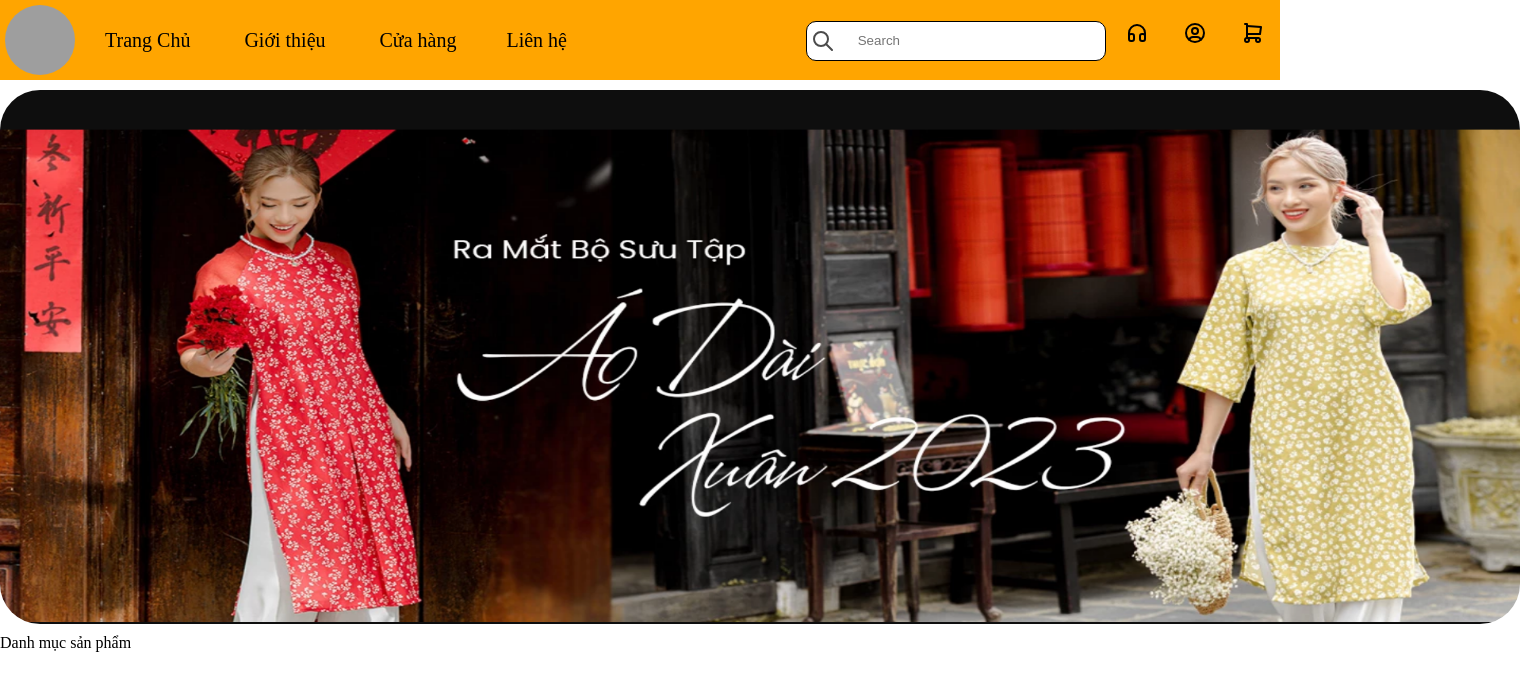
Repository: manhhieu120499/test-page
Page: index.html
An editor plug-in stored every save of this project. The page is shown before and after a run of saves, followed by the edit.
The browser window is 1280 px wide. The page is 1520 px wide, so the pictures cover 1520 px, including what lies to the right of the window. The pictures show the whole page.
Pictures or frames that could not be fetched are drawn as grey boxes.

Above is the page before, as saved 2023-01-11 23:45:18.

### index.html
<!DOCTYPE html>
<html lang="en">

<head>
    <meta charset="UTF-8">
    <meta http-equiv="X-UA-Compatible" content="IE=edge">
    <meta name="viewport" content="width=device-width, initial-scale=1.0">
    <title>Document</title>
    <link rel="stylesheet" href="./style.css">
</head>

<body>
    <div id="header">
        <div class="left-sidebar">
            <img src="https://t3.ftcdn.net/jpg/03/02/36/70/360_F_302367092_vmqO9rSPmluZJFuOFFNzjGwimbChoIAZ.jpg"
                alt="logo-shop">
            <ul class="sub-menu">
                <li><a href="#">Trang Chủ</a></li>
                <li><a href="#">Giới thiệu</a></li>
                <li><a href="#">Cửa hàng</a< /li>
                <li><a href="#">Liên hệ</a></li>
            </ul>

        </div>

        <div class="right-sidebar">
            <input type="text" placeholder="           Search" />
            <a href="#" class="search">
                <svg xmlns="http://www.w3.org/2000/svg" class="icon icon-tabler icon-tabler-search" width="24" height="24" viewBox="0 0 24 24" stroke-width="2" stroke="currentColor" fill="none" stroke-linecap="round" stroke-linejoin="round">
                    <path stroke="none" d="M0 0h24v24H0z" fill="none"></path>
                    <circle cx="10" cy="10" r="7"></circle>
                    <line x1="21" y1="21" x2="15" y2="15"></line>
                 </svg>
            </a>
            <a href="#" class="telesale">
                <svg xmlns="http://www.w3.org/2000/svg" class="icon icon-tabler icon-tabler-headphones" width="24"
                    height="24" viewBox="0 0 24 24" stroke-width="2" stroke="currentColor" fill="none"
                    stroke-linecap="round" stroke-linejoin="round">
                    <path stroke="none" d="M0 0h24v24H0z" fill="none"></path>
                    <rect x="4" y="13" rx="2" width="5" height="7"></rect>
                    <rect x="15" y="13" rx="2" width="5" height="7"></rect>
                    <path d="M4 15v-3a8 8 0 0 1 16 0v3"></path>
                </svg>
            </a>
            <a href="#" class="person">
                <svg xmlns="http://www.w3.org/2000/svg" class="icon icon-tabler icon-tabler-user-circle" width="24"
                    height="24" viewBox="0 0 24 24" stroke-width="2" stroke="currentColor" fill="none"
                    stroke-linecap="round" stroke-linejoin="round">
                    <path stroke="none" d="M0 0h24v24H0z" fill="none"></path>
                    <circle cx="12" cy="12" r="9"></circle>
                    <circle cx="12" cy="10" r="3"></circle>
                    <path d="M6.168 18.849a4 4 0 0 1 3.832 -2.849h4a4 4 0 0 1 3.834 2.855"></path>
                </svg>
            </a>
            <a href="#" class="shopping-cart">
                <svg xmlns="http://www.w3.org/2000/svg" class="icon icon-tabler icon-tabler-shopping-cart" width="24"
                    height="24" viewBox="0 0 24 24" stroke-width="2" stroke="currentColor" fill="none"
                    stroke-linecap="round" stroke-linejoin="round">
                    <path stroke="none" d="M0 0h24v24H0z" fill="none"></path>
                    <circle cx="6" cy="19" r="2"></circle>
                    <circle cx="17" cy="19" r="2"></circle>
                    <path d="M17 17h-11v-14h-2"></path>
                    <path d="M6 5l14 1l-1 7h-13"></path>
                </svg>
            </a>
        </div>
    </div>

    <div class="body">
        <div class="shop-picture">
            <img src="./logo-tet.png" alt="picture">
        </div>
        <span>Danh mục sản phẩm</span>
    </div>

    <div id="footer">

    </div>
</body>

</html>

### style.css
* {
    margin: 0;
    padding: 0;
    box-sizing: border-box;
}

#header {
    width: 100vw;
    height: 80px;
    background-color: orange;
    display: flex;
    justify-content: space-between;
}

.left-sidebar {
    display: flex;
}

.left-sidebar img {
    width: 70px;
    height: 70px;
    border-radius: 50%;
    margin: 5px;
}

.sub-menu li {
   list-style: none;
   display: inline-block;
   line-height: 80px;
   padding: 0px 25px;
}

.sub-menu li a {
    text-decoration: none;
    color: black;
    font-size: 20px;
}

.right-sidebar a {
    display: inline-block;
    line-height: 80px;
    padding: 0 15px;
    color: black;
}

input {
    padding: 10px 10px;
    width: 300px;
    height: 40px;
    border: 1px solid black;
    border-radius: 10px;
    position: relative;
}

.search {
    position: absolute;
    right: 430px;
    top: 8px;
    opacity: 0.7;
}

body {
    height: 100vh;
}

.shop-picture img {
    display: block;
    height: 534px;
    width: 1520px;
    margin: 10px auto;
    border-radius: 40px;
}

span {
    text-align: center;
    width: 253px;
    height: 57px;
    border-radius: 10px;
    background-color: ;
}

After the next 2 saves:
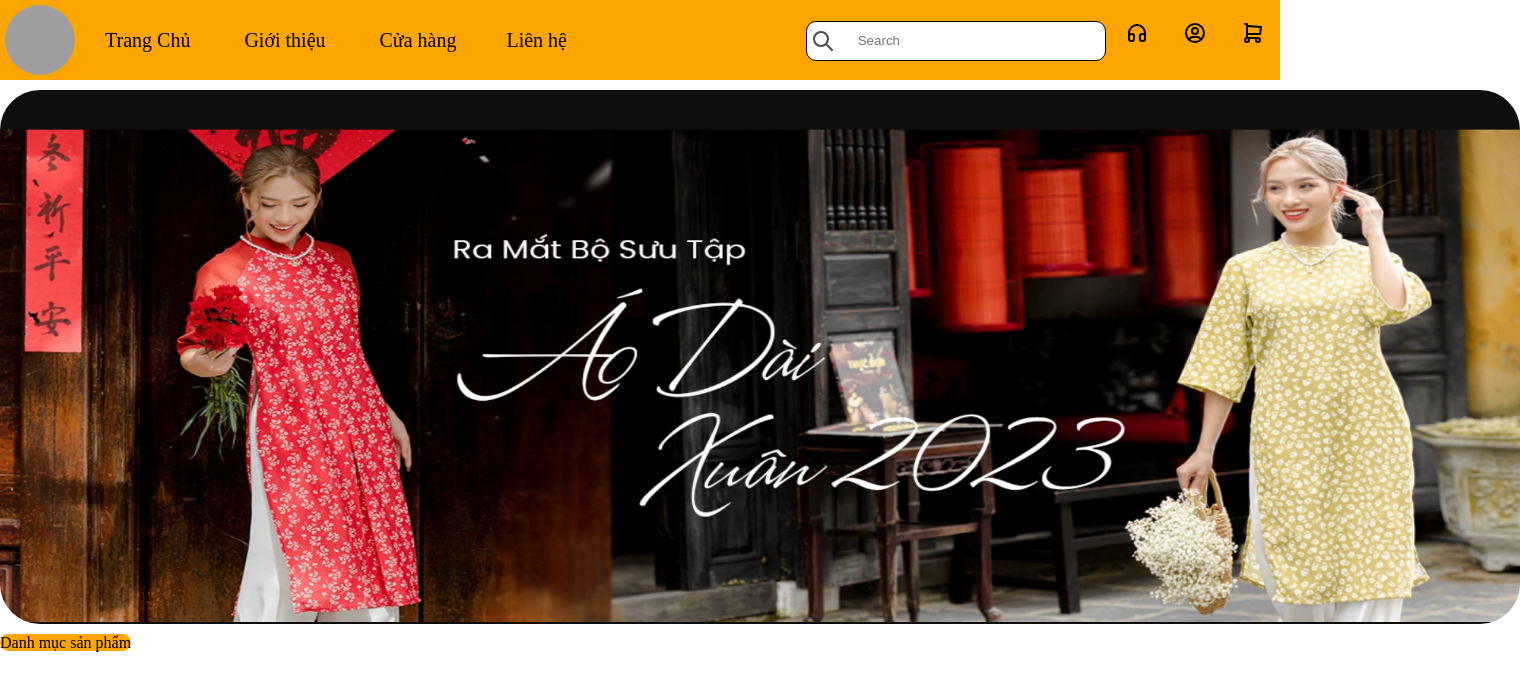
The 2 saves are shown as one change because they came seconds apart.
The last was saved 13 s later.
--- a/style.css
+++ b/style.css
@@ -76,5 +76,5 @@ span {
     width: 253px;
     height: 57px;
     border-radius: 10px;
-    background-color: ;
+    background-color: orange;
 }
